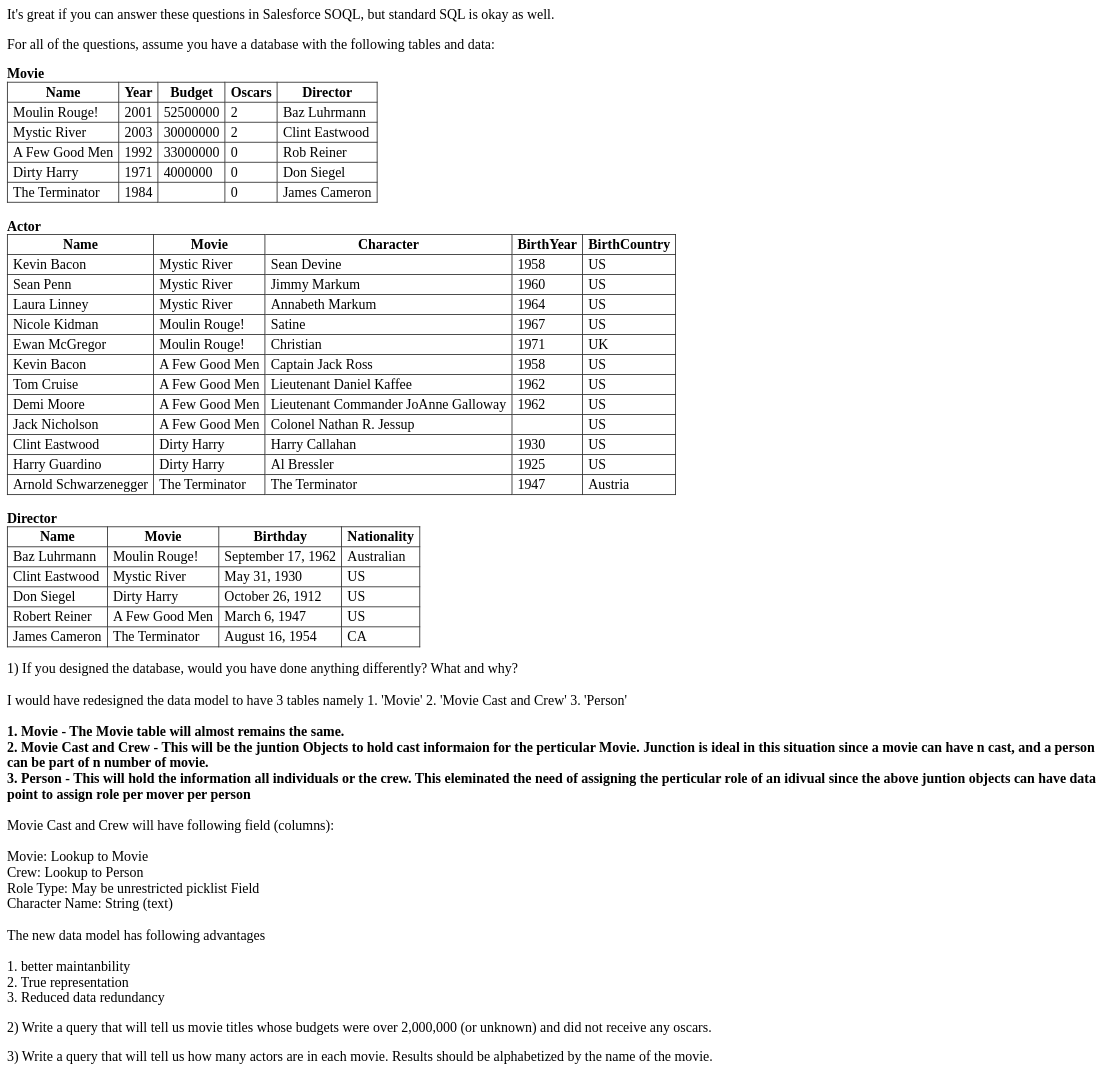
Repository: akhil33/AFFRM
Page: AFFIRM-NON-SFDC/Database.html
These files come from the project's save history. The page is drawn as it stood at one moment and after the next save; the edit follows.
The browser window is 1280 px wide. The pictures show the whole page, at 87% of full size.

Above is the page before, as saved 2022-04-07 21:14:41.

After the next save:
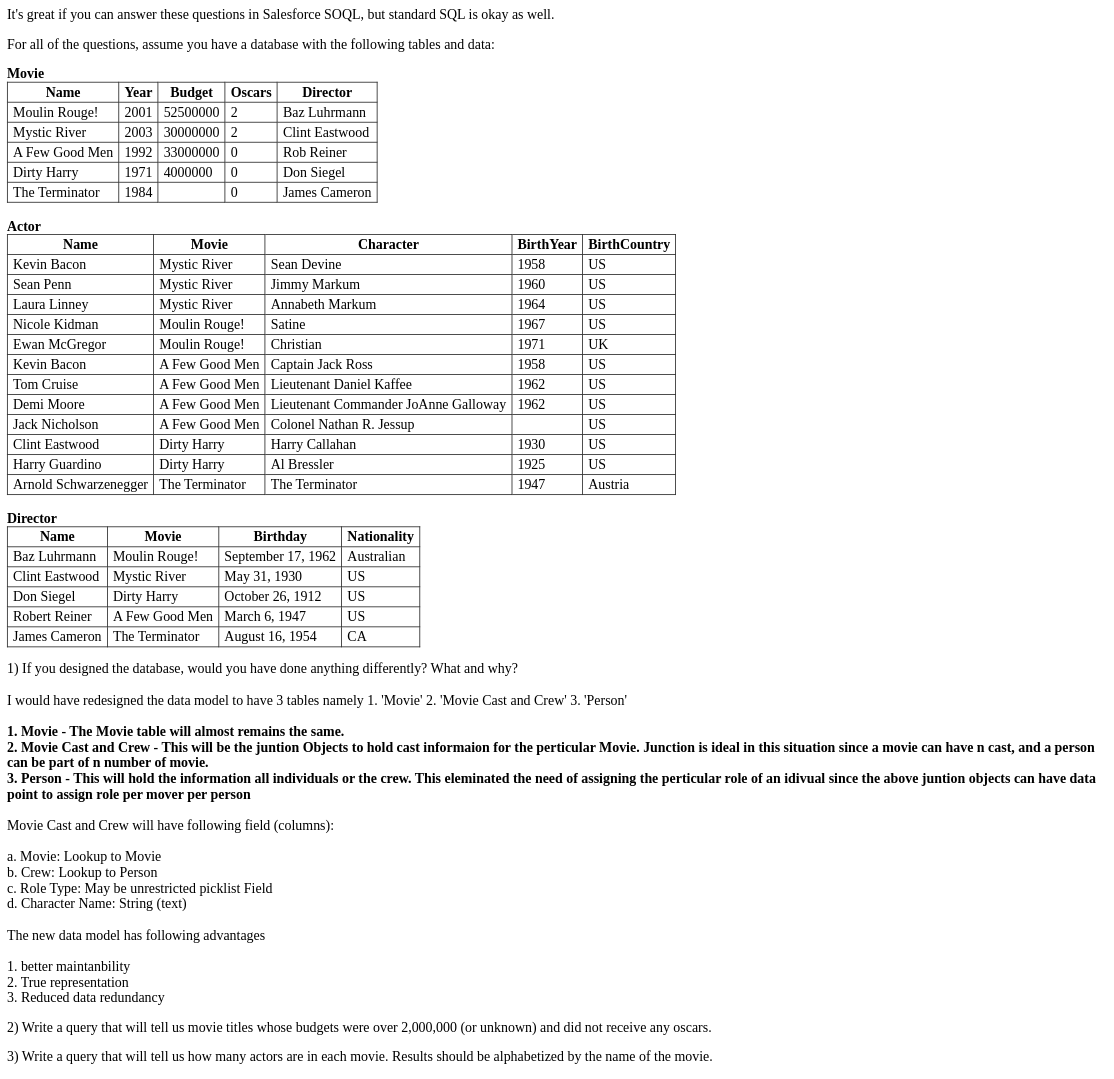
Saved 17 s later.
--- a/AFFIRM-NON-SFDC/Database.html
+++ b/AFFIRM-NON-SFDC/Database.html
@@ -205,10 +205,10 @@
 			<br></strong><br>
 
 			Movie Cast and Crew will have following field (columns):<br><br>
-				Movie: Lookup to Movie 	<br>
-				Crew: Lookup to Person <br>
-				Role Type: May be unrestricted picklist Field	<br>
-				Character Name: String (text) <br> <br>
+				a. Movie: Lookup to Movie 	<br>
+				b. Crew: Lookup to Person <br>
+				c. Role Type: May be unrestricted picklist Field	<br>
+				d. Character Name: String (text) <br> <br>
 
 
 			The new data model has following advantages<br><br>
